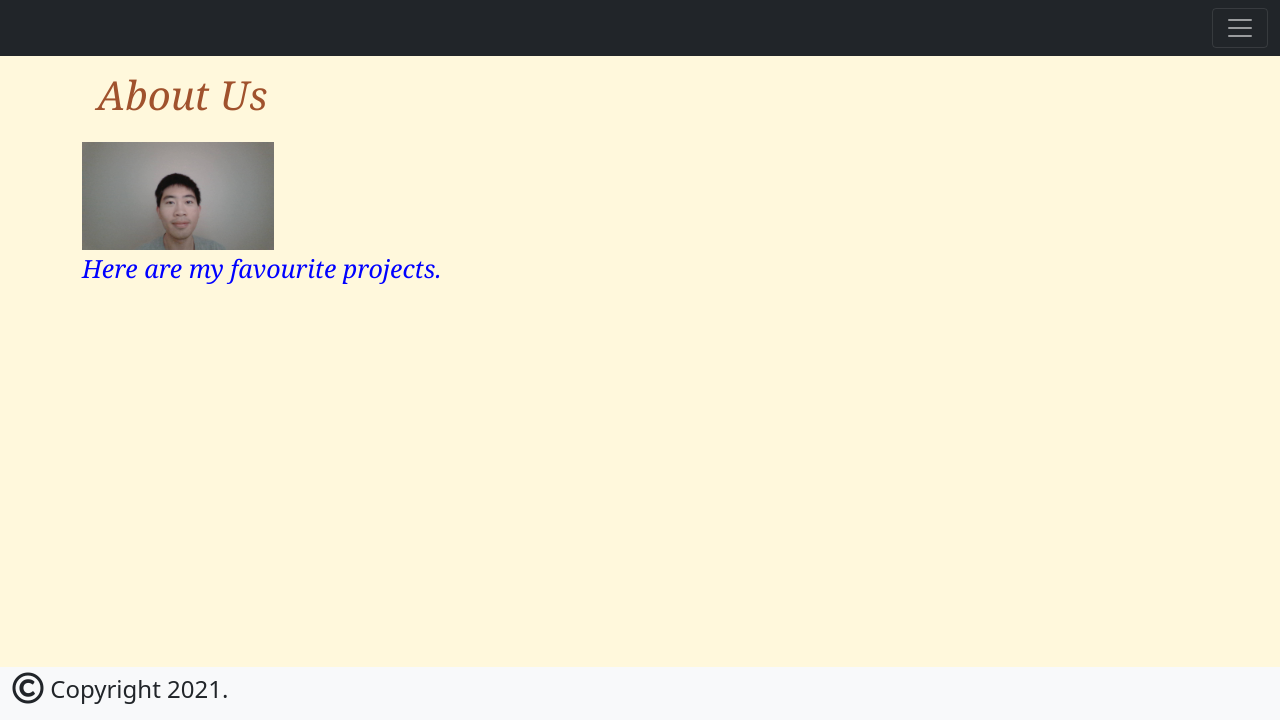
Repository: YiuWingLau/WEBD6201-W2021-Lab1
Page: about.html
An editor plug-in stored every save of this project. The page is shown before and after the next save, followed by the edit.
The browser window is 1280 px wide. The pictures show the whole page.

Above is the page before, as saved 2021-02-04 15:21:12.

### about.html
<!DOCTYPE html>
<html lang="en">
<head>
    <meta charset="UTF-8">
    <meta name="viewport" content="width=device-width, initial-scale=1.0">
    <title>About</title>

    <!--CSS Section -->
    <link rel="stylesheet" href="./node_modules/bootstrap/dist/css/bootstrap.min.css">
    <link rel="stylesheet" href="./node_modules/@fortawesome//fontawesome-free/css/all.min.css">
    <link rel="stylesheet" href="./Content/app.css">
</head>
<body>
    <!-- Main Header-->
    <header>
      <!-- Main Navigation-->
      <nav class="navbar navbar-expand-rg navbar-dark bg-dark">
          <div class="container-fluid">
            <a class="navbar-brand" href="index.html"></a>
            <button class="navbar-toggler" type="button" data-bs-toggle="collapse" data-bs-target="#navbarSupportedContent" aria-controls="navbarSupportedContent" aria-expanded="false" aria-label="Toggle navigation">
              <span class="navbar-toggler-icon"></span>
            </button>
            <div class="collapse navbar-collapse" id="navbarSupportedContent">
              <ul class="navbar-nav me-auto mb-2 mb-lg-0">

                <li id="navBarIndex" class="nav-item">
                  <a class="nav-link" aria-current="page" href="index.html"><i class="fas fa-home fa-lg"></i> Home</a>
                </li>

                <li id="navBarProjects" class="nav-item">
                  <a class="nav-link" aria-current="page" href="products.html"><i class="fas fa-cog fa-lg"></i> Products</a>
                </li>

                <li id="navBarServices" class="nav-item">
                  <a class="nav-link" aria-current="page" href="services.html"><i class="fas fa-tools fa-lg"></i> Services</a>
                </li>

                <li id="navBarAboutUs" class="nav-item">
                  <a class="nav-link active" aria-current="page" href="about.html"><i class="fas fa-info fa-lg"></i> About Us</a>
                </li>

                <li id="navBarContactUs" class="nav-item">
                  <a class="nav-link" aria-current="page" href="contact.html"><i class="fas fa-phone fa-lg"></i> Contact Us</a>
                </li>

              </ul>
            </div>
          </div>
      </nav>
    </header>

    <!-- Main Content -->
    <main class="container">
        <h1>About Us</h1>
    </main>

    <!-- Main Footer -->
    <footer>
        <nav class="navbar fixed-bottom navbar-light bg-light">
            <div class="container-fluid">
              <h4><i class="far fa-copyright fa-lg"></i> Copyright 2021.</a></h4>
            </div>
        </nav>
    </footer>
    <!-- JavaScript Section -->
    <script src="./node_modules/jquery/dist/jquery.min.js"></script>
    <script src="./node_modules/bootstrap/dist/js/bootstrap.bundle.min.js"></script>
    <script src="./Scripts/app.js"></script>
</body>
</html>

### Content/app.css
h1 {
    padding: 15px;
    color: sienna;
    font-family: Cambria, Cochin, Georgia, Times, 'Times New Roman', serif;
    font-style: italic;
}

p {
    color: blue;
    font-family:Cambria, Cochin, Georgia, Times, 'Times New Roman', serif;
    font-style: italic;
    font-size: 25px;
    text-align: justify;
}

body {
    background-color: cornsilk;
}

#homePicture {
    width: 1000px;
    height: 600px;
}

### Scripts/app.js
/* custom JavaScript goes here */

//IIFE - Immediately Invoked Function Expression
//AKA - Anonymous Self-Executing Function
//Closure - limits scope leak

"use strict";

(function()
{
    function displayHome()
    {
        let myhomebackground = document.createElement("img");
        myhomebackground.setAttribute("id", "homePicture");
        myhomebackground.setAttribute("src", "./images/homepagebackground.jpg");
        myhomebackground.setAttribute("alt", "Computer Programmer");

        // Step 1. document.createElement
        let newParagraph = document.createElement("p");
        // Step 2. configure the element
        newParagraph.setAttribute("id", "paragraphTwo");
        newParagraph.textContent = "I'm welcome everyone to visit my site";
        // Step 3. select the parent element
        let mainContent = document.getElementsByTagName("main")[0];
        mainContent.appendChild(myhomebackground);
        // Step 4. Add / Insert the element
        mainContent.appendChild(newParagraph);
        //newParagraph.className = "fs-6";
    }

    function displayAbout()
    {
        //create new element Human Resources
        let myPicture = document.createElement("img");
        myPicture.setAttribute("id", "myImage");
        myPicture.setAttribute("src", "./images/img_me.jpg");
        myPicture.setAttribute("alt", "Nelson Lau");
        myPicture.setAttribute("width", "192");
        myPicture.setAttribute("height", "108");

        // Step 1. document.createElement
        let ParagraphOne = document.createElement("p");
        // Step 2. configure the element
        ParagraphOne.setAttribute("id", "myIntroduction");
        ParagraphOne.textContent = "Here are my favourite projects.";
        // Step 3. select the parent element
        let mainContent = document.getElementsByTagName("main")[0];
        mainContent.appendChild(myPicture);
        // Step 4. Add / Insert the element
        mainContent.appendChild(ParagraphOne);
        ParagraphOne.className = "fs-lg";

    }

    function displayProjects()
    {
        // Step 1. document.createElement
        let newParagraph = document.createElement("p");
        // Step 2. configure the element
        newParagraph.setAttribute("id", "myprojects");
        newParagraph.textContent = "Here are my famourite projects.";
        // Step 3. select the parent element
        let mainContent = document.getElementsByTagName("main")[0];
        // Step 4. Add / Insert the element
        mainContent.appendChild(newParagraph);
        newParagraph.className = "fs-12";
    }

    function displayHumanResources()
    {

    }

    function displayServices()
    {

        // another way of injecting content
        let paragraphDiv = document.createElement("div");
        let paragraphThree = `<p id="paragraphThree" class="fs-7 fw-bold">And this is the Third Paragraph</p>`;
        paragraphDiv.innerHTML = paragraphThree;

        // insertions

        // example of inserting before a node
        // newParagraph.before(paragraphDiv);

        // example of inserting after a node
        newParagraph.after(paragraphDiv);

        // deletions

        // example of removing a single element
        //paragraphOneElement.remove();

        // example of removeChild
       // mainContent.removeChild(paragraphOneElement);
        // update / modification
        //mainContent.firstElementChild.textContent = "Welcome Home!";
    }

    function displayContact()
    {
        let messageArea = document.getElementById("messageArea");
        messageArea.hidden = true;

        // form validation
        let fullName = document.getElementById("fullName");
        fullName.addEventListener("blur", function() {
            if(fullName.value.length < 2)
            {
                fullName.focus();
                fullName.select();
                messageArea.hidden = false;
                messageArea.className = "alert alert-danger";
                messageArea.textContent = "Please enter an appropriate Name";
            }
            else
            {
                messageArea.removeAttribute("class");
                messageArea.hidden = true;
            }
        });

        let sendButton = document.getElementById("sendButton");
        sendButton.addEventListener("click", function(event){
            //event.preventDefault();

            let contact = new Contact(fullName.value, contactNumber.value, emailAddress.value);

            if(contact.serialize())
            {
              localStorage.setItem((localStorage.length + 1).toString(), contact.serialize());
            }

        });
    }

    function displayContactList()
    {
      if (localStorage.length > 0)
      {
        let contactList = document.getElementById("contactList");

        let data = "";

        for (let index = 0; index < localStorage.length; index++)
        {
          let contactData = localStorage.getItem((index + 1).toString());

          let contact = new Contact();
          contact.deserialize(contactData);

          data += `<tr>
          <th scope="row">${index + 1}</th>
          <td>${contact.FullName}</td>
          <td>${contact.ContactNumber}</td>
          <td>${contact.EmailAddress}</td>
        </tr>`;
        }

        contactList.innerHTML = data;
      }
    }

    // function to correct the wrong link and text content in navigation bar
    function changeNavBarName()
    {
        let navName = document.getElementById("navBarProjects");
        navName.innerHTML = `<a class='nav-link' aria-current='page' href='projects.html'><i class="fas fa-cog fa-lg"></i> Projects</a>`;
    }

    // function to add Human Resource element to Nav Bar between About Us and Contact Us
    function addNewNavBarElement()
    {
        //create new element Human Resources
        let newListElement = document.createElement("li");
        newListElement.setAttribute("id", "navBarHumanResources");
        newListElement.setAttribute("class", "nav-item");
        newListElement.innerHTML = `<a class='nav-link' aria-current='page' href='Human-Resources.html'><i class="fas fa-globe fa-lg"></i> Human Resources</a>`;
        // append new element after About Us
        let aboutUsListElement = document.getElementById("navBarAboutUs");
        aboutUsListElement.after(newListElement);
    }

    function Start()
    {
        console.log("App Started...");

        changeNavBarName();

        addNewNavBarElement();

        switch (document.title)
        {
          case "Home":
              displayHome();
            break;
          case "About":
              displayAbout();
            break;
          case "Projects":
              displayProjects();
            break;
          case "Human Resources":
              displayHumanResources();
            break;
          case "Services":
              displayServices();
            break;
          case "Contact":
              displayContact();
            break;
          case "Contact-List":
            displayContactList();
          break;
        }

    }

    window.addEventListener("load", Start);

})();

Loaded but not shown: node_modules/bootstrap/dist/css/bootstrap.min.css (library); node_modules/@fortawesome/fontawesome-free/css/all.min.css (library); node_modules/jquery/dist/jquery.min.js (library); node_modules/bootstrap/dist/js/bootstrap.bundle.min.js (library)

After the next save:
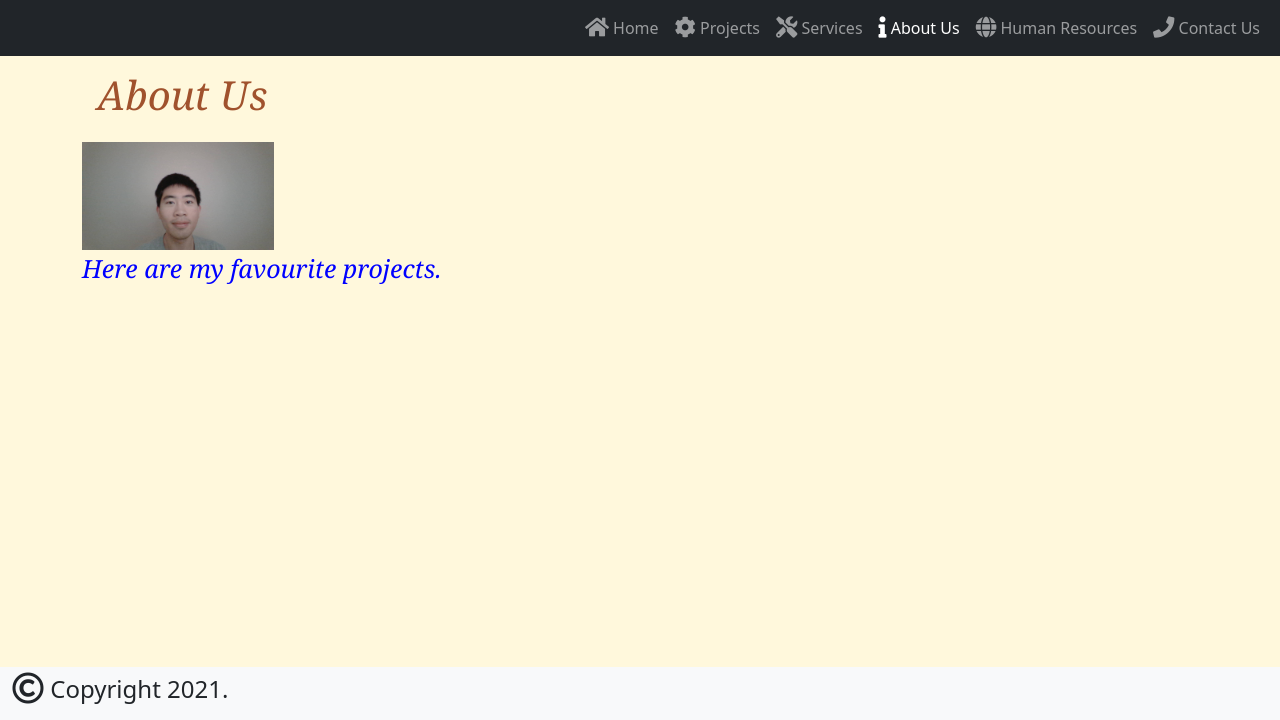
Saved 114 s later.
--- a/about.html
+++ b/about.html
@@ -14,13 +14,13 @@
     <!-- Main Header-->
     <header>
       <!-- Main Navigation-->
-      <nav class="navbar navbar-expand-rg navbar-dark bg-dark">
+      <nav class="navbar navbar-expand-lg navbar-dark bg-dark">
           <div class="container-fluid">
             <a class="navbar-brand" href="index.html"></a>
             <button class="navbar-toggler" type="button" data-bs-toggle="collapse" data-bs-target="#navbarSupportedContent" aria-controls="navbarSupportedContent" aria-expanded="false" aria-label="Toggle navigation">
               <span class="navbar-toggler-icon"></span>
             </button>
-            <div class="collapse navbar-collapse" id="navbarSupportedContent">
+            <div class="nav justify-content-end" id="navbarSupportedContent">
               <ul class="navbar-nav me-auto mb-2 mb-lg-0">
 
                 <li id="navBarIndex" class="nav-item">
